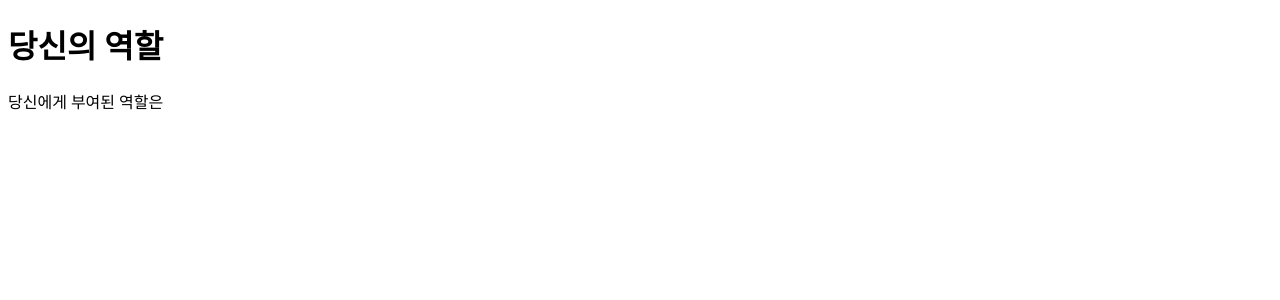
Repository: HeeMang28/jsp
Page: http://localhost/JSPBasic/jsptag/tag_quiz04.jsp
These files come from the project's save history. The page is drawn as it stood at one moment and after the next save; the edit follows.
The browser window is 1280 px wide. The pictures show the whole page.
The page is served by Tomcat 9. Other server files are loaded and not shown.

Above is the page before, as saved 2022-03-24 09:33:58.

### JSPBasic/src/main/webapp/jsptag/tag_quiz04.jsp
<%@page import="java.util.*"%>
<%@ page language="java" contentType="text/html; charset=UTF-8"
    pageEncoding="UTF-8"%>
<!DOCTYPE html>
<html>
<head>
<meta charset="UTF-8">
<title>Insert title here</title>
</head>
<body>
<%!
		List<String> party = new ArrayList<>();
%>
<%
	String[] jobs = {"전사", "도적", "사냥꾼", "마법사", "사제"};
%>
	<h1>당신의 역할</h1>
	당신에게 부여된 역할은
</body>
</html>

After the next save:
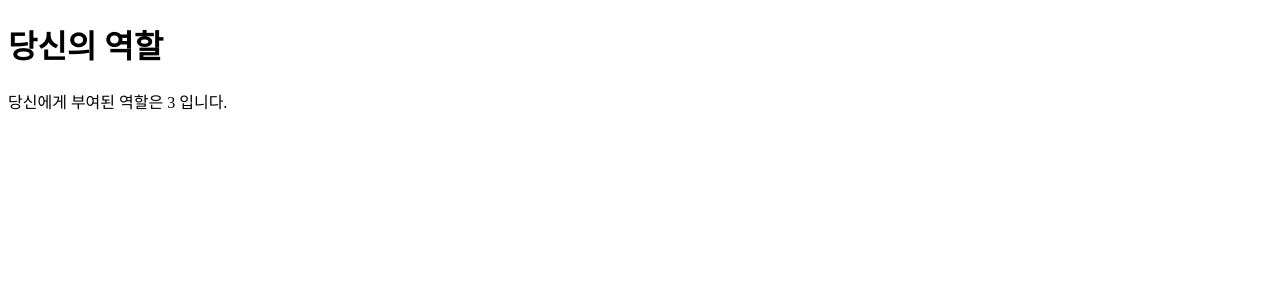
Saved 5 min 18 s later.
--- a/JSPBasic/src/main/webapp/jsptag/tag_quiz04.jsp
+++ b/JSPBasic/src/main/webapp/jsptag/tag_quiz04.jsp
@@ -13,8 +13,10 @@
 %>
 <%
 	String[] jobs = {"전사", "도적", "사냥꾼", "마법사", "사제"};
+	int r = (int)(Math.random() * jobs.length);
+
 %>
 	<h1>당신의 역할</h1>
-	당신에게 부여된 역할은
+	당신에게 부여된 역할은 <%= r %> 입니다.
 </body>
 </html>
